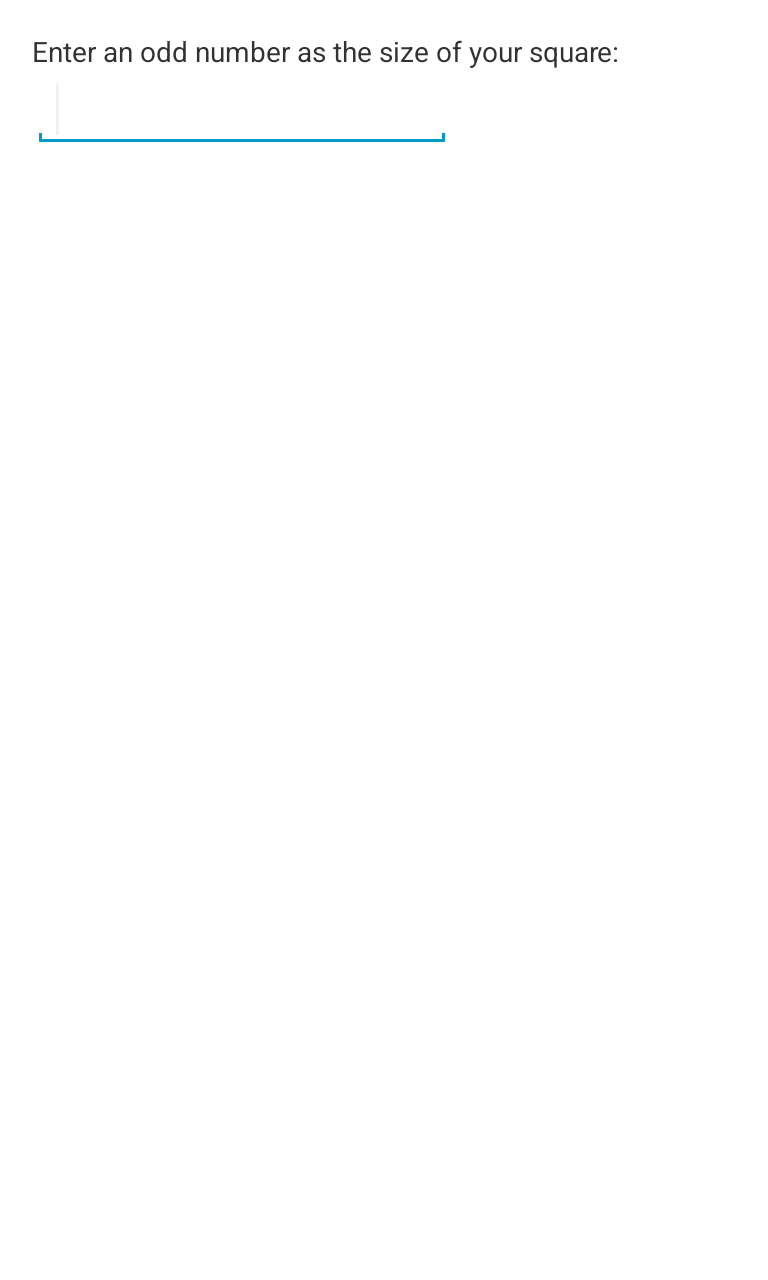
Repository: lethe13/AndroidProgramming
Layout: COMP304-Assignment3/res/layout/activity_main.xml
The author's editor kept a copy of each file at every save. The layout is drawn from the files as they stood at one save, then again after the next save.
It is drawn on a 768 x 1280 px phone screen (xhdpi) without system bars, with theme AppTheme; the app's code is not run.

Above is the layout before, as saved 2015-10-14 02:17:30.

### COMP304-Assignment3/res/layout/activity_main.xml
<RelativeLayout xmlns:android="http://schemas.android.com/apk/res/android"
    xmlns:tools="http://schemas.android.com/tools"
    android:layout_width="match_parent"
    android:layout_height="match_parent"
    android:paddingBottom="@dimen/activity_vertical_margin"
    android:paddingLeft="@dimen/activity_horizontal_margin"
    android:paddingRight="@dimen/activity_horizontal_margin"
    android:paddingTop="@dimen/activity_vertical_margin"
    tools:context="com.example.comp304_assignment3.MainActivity" >

    <TextView
        android:id="@+id/input"
        android:layout_width="wrap_content"
        android:layout_height="wrap_content"
        android:text="Enter an odd number as the size of your square:" />

    <EditText
        android:id="@+id/editText1"
        android:layout_width="wrap_content"
        android:layout_height="wrap_content"
        android:layout_below="@+id/input"
        android:ems="10" >

        <requestFocus />
    </EditText>

</RelativeLayout>

Loaded but not shown: COMP304-Assignment3/res/values/styles.xml (common file); COMP304-Assignment3/res/values-v11/styles.xml (common file); COMP304-Assignment3/res/values-v14/styles.xml (common file); COMP304-Assignment3/res/values/dimens.xml (common file); COMP304-Assignment3/res/values-w820dp/dimens.xml (common file)

After the next save:
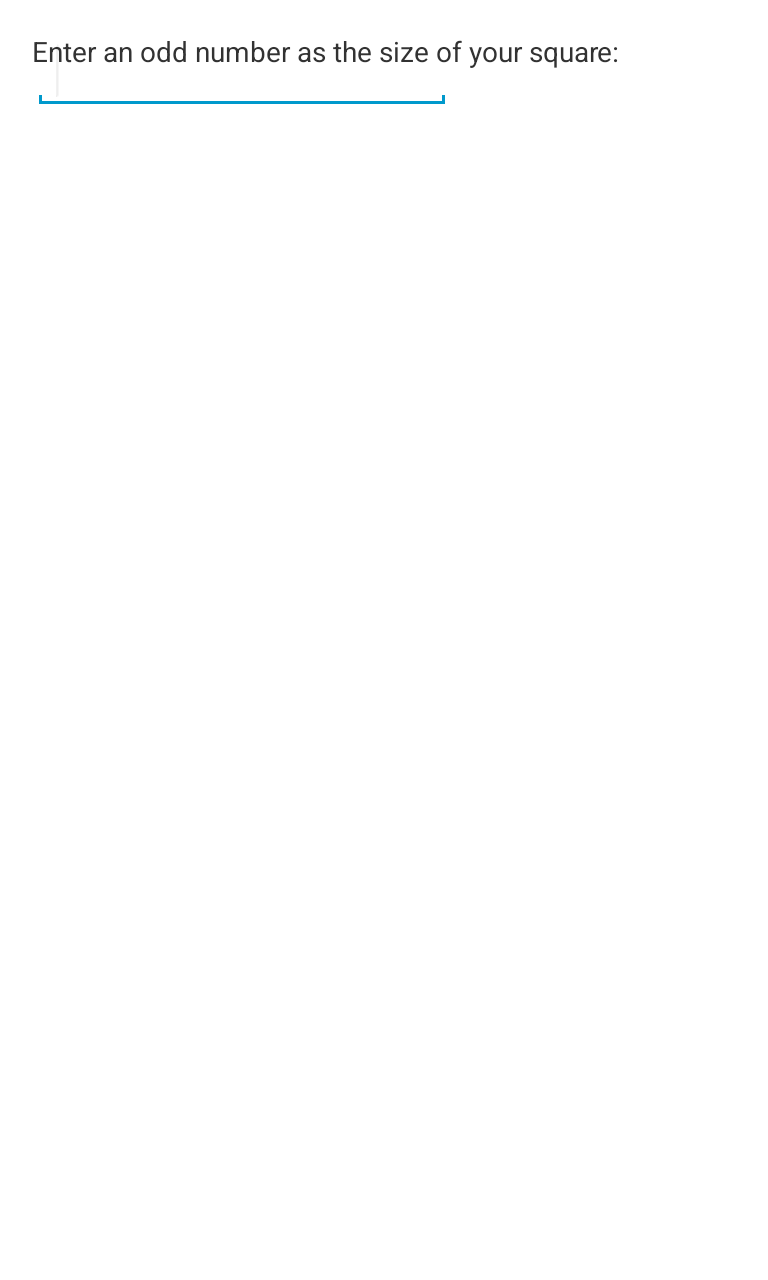
Saved 15 s later.
--- a/COMP304-Assignment3/res/layout/activity_main.xml
+++ b/COMP304-Assignment3/res/layout/activity_main.xml
@@ -9,13 +9,13 @@
     tools:context="com.example.comp304_assignment3.MainActivity" >
 
     <TextView
-        android:id="@+id/input"
+        android:id="@+id/lblInput"
         android:layout_width="wrap_content"
         android:layout_height="wrap_content"
         android:text="Enter an odd number as the size of your square:" />
 
     <EditText
-        android:id="@+id/editText1"
+        android:id="@+id/txtInput"
         android:layout_width="wrap_content"
         android:layout_height="wrap_content"
         android:layout_below="@+id/input"

After the save that followed:
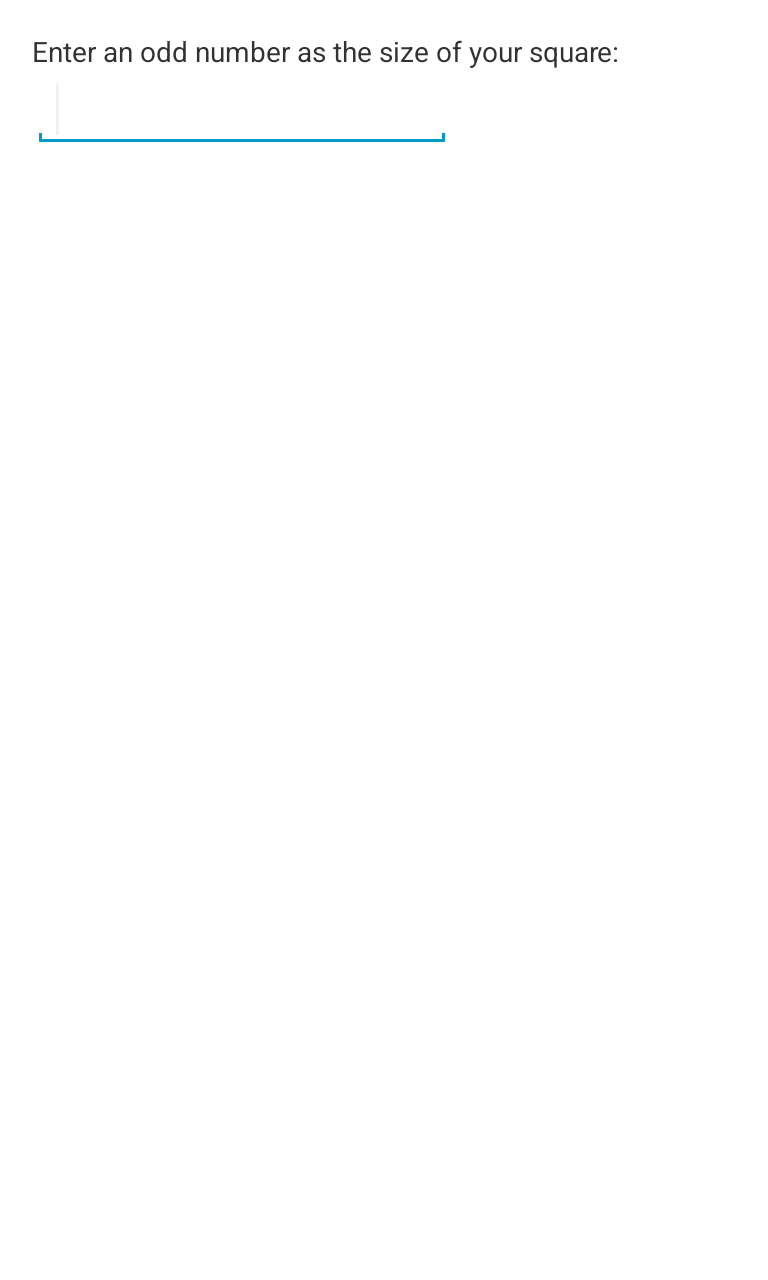
Saved 106 s later.
--- a/COMP304-Assignment3/res/layout/activity_main.xml
+++ b/COMP304-Assignment3/res/layout/activity_main.xml
@@ -18,7 +18,7 @@
         android:id="@+id/txtInput"
         android:layout_width="wrap_content"
         android:layout_height="wrap_content"
-        android:layout_below="@+id/input"
+        android:layout_below="@+id/lblInput"
         android:ems="10" >
 
         <requestFocus />
